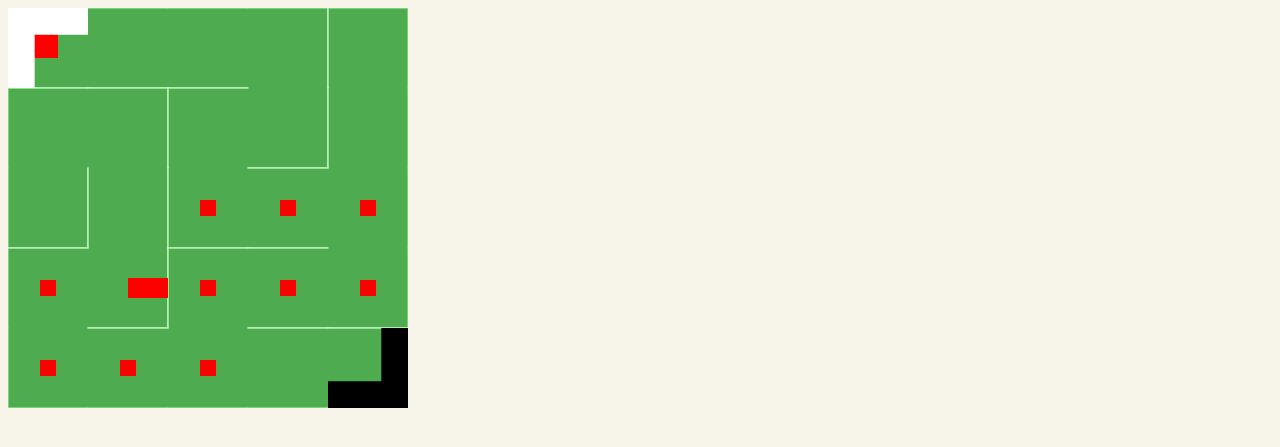
Repository: animarcus/maze-generator
Page: index.html
The author's editor kept a copy of each file at every save. The page is drawn from the files as they stood at one save, then again after the next save.
The browser window is 1280 px wide. The pictures show the whole page.
Some web libraries are served in a nearby version.

Above is the page before, as saved 2020-09-12 20:02:53.

After the next save:
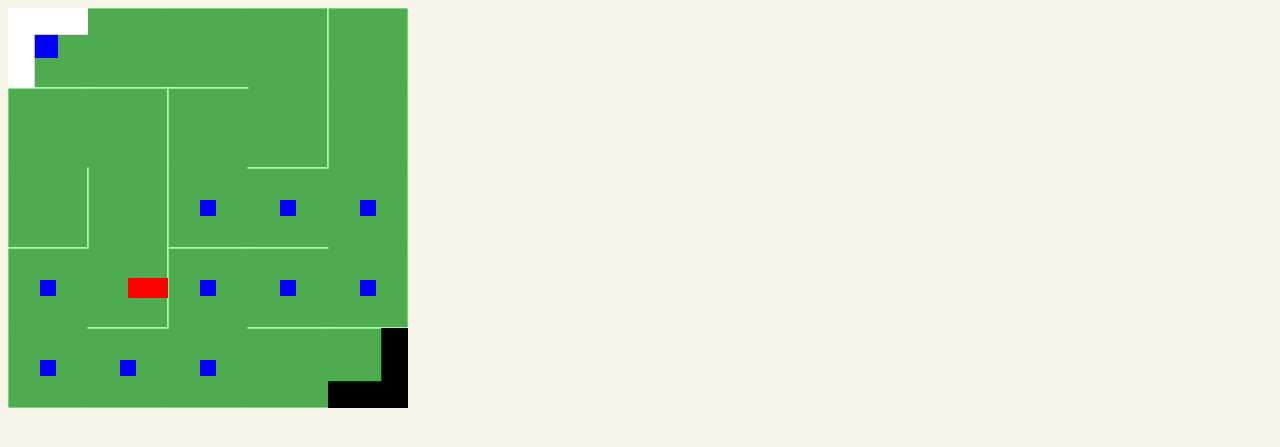
Saved 7 s later.
--- a/js/sketch.js
+++ b/js/sketch.js
@@ -101,7 +101,7 @@ let maze = {
     let y = coords.j;
     console.log(" ");
     console.log(x, y);
-    fill(color("red"));
+    fill(color("blue"));
     // x + w/2, y + w/2-w/8, w/2, w/4
     rect(x + w/2 - w/10, y + w/2-w/10, w/5, w/5);
   }
